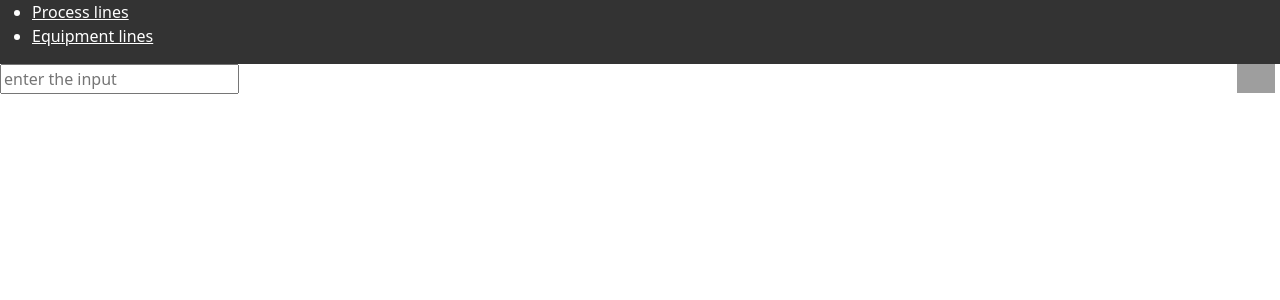
Repository: sreech465/evin3
Page: /pdetails
An editor plug-in stored every save of this project. The page is shown before and after the next save, followed by the edit.
The browser window is 1280 px wide. The pictures show the whole page.
Pictures or frames that could not be fetched are drawn as grey boxes. The page's requests for data from a server got no answer. The project was rebuilt for these pictures with package versions that can differ from the ones it lists, and the page was loaded fresh each time. No one was signed in, and anything a server would have sent is missing. Also part of the build but not shown: src/Login.js, src/Display.js, src/Details.js, src/Equipment.js, src/Learning.js, src/ProcessDetails.js, src/EquipDetails.js.

Above is the page before, as saved 2022-10-29 07:33:43.

### src/index.js
import React from "react";
import ReactDOM from "react-dom/client";
import "./index.css";
import App from "./App";
import reportWebVitals from "./reportWebVitals";
import { Provider } from "react-redux";
import store from "./store";
import "bootstrap/dist/css/bootstrap.min.css";
const root = ReactDOM.createRoot(document.getElementById("root"));
root.render(
  <React.StrictMode>
    <Provider store={store}>
      <App />
    </Provider>
  </React.StrictMode>
);

// If you want to start measuring performance in your app, pass a function
// to log results (for example: reportWebVitals(console.log))
// or send to an analytics endpoint. Learn more: https://bit.ly/CRA-vitals
reportWebVitals();

### src/App.js
import React from "react";
import { Routes, Route } from "react-router-dom";
import { BrowserRouter } from "react-router-dom";
import Login from "./Login";
import Display from "./Display";
import Details from "./Details";
import Process from "./Process";
import Equipment from "./Equipment";
import Learning from "./Learning";
import ProcessDetails from "./ProcessDetails";
import EquipDetails from "./EquipDetails";

const App = () => {
  return (
    <div className="App">
      <BrowserRouter>
        <Routes>
          <Route path="/" element={<Login />} />
          <Route path="/display" element={<Display />} />
          <Route path="/details" element={<Details />} />
          <Route path="/pdetails" element={<Process />} />
          <Route path="/elearning" element={<Learning />} />
          <Route path="/equipment" element={<Equipment />} />
          <Route path="/pdetails/:id" element={<ProcessDetails />} />
          <Route path="/equipment/:id" element={<EquipDetails />} />
        </Routes>
      </BrowserRouter>
    </div>
  );
};

export default App;

### src/store.js
import { applyMiddleware, createStore } from "redux";
import thunk from "redux-thunk";

import { singleReducer } from "./combineReducer";

const store = createStore(singleReducer, applyMiddleware(thunk));

export default store;

### src/Process.js
import React, { useState, useEffect } from "react";
import { useSelector, useDispatch } from "react-redux";
import { getProcesslines } from "./Actions";
import Headertabs from "./Headertabs";
import { Routes, Route } from "react-router-dom";
import { BrowserRouter } from "react-router-dom";
import Equipment from "./Equipment";
import { Link } from "react-router-dom";
import CustomSearchBar from "./CustomSearchBar";

const Process = () => {
  const dispatch = useDispatch();

  const access_token = useSelector(
    (state) => state.LoginReducer.auth.access_token
  );
  console.log(access_token);

  const ProcessData = useSelector((state) => state.ProcessReducer.Data101);
  console.log(ProcessData);

  useEffect(() => {
    dispatch(getProcesslines(access_token));
  }, []);

  const [tab, setTab] = useState("Process Line");
  const tabs = (data) => {
    setTab(data);
  };

  return (
    <>
      <Headertabs />
      {/* <div>
        <Routes>
          <Route path="/equipment" element={<Equipment />} />
        </Routes>
      </div> */}

      <CustomSearchBar data={tab === "Process Line" ? ProcessData : ""} />

      <>
        {ProcessData &&
          ProcessData.data.length > 0 &&
          ProcessData.data.map((element) => {
            return (
              <>
                <div class="card" style={{ display: "flex" }}>
                  <img
                    style={{ width: 70, height: 40 }}
                    class="card-img-top"
                    src={element.primary_product_details.primary_product_image}
                    alt="Card image cap"
                  />
                  <div class="card-body">
                    <h5 class="card-title">{element.name}</h5>
                    <p class="card-text">
                      {element.line_capacity} {element.org_location_name}.
                    </p>
                    <Link to={`/pdetails/${element.id}`}>
                      <button class="btn btn-primary">Details</button>
                    </Link>
                  </div>
                </div>
              </>
            );
          })}
      </>
      {/* ) : ( "loading" ); */}
    </>
  );
};

export default Process;

### src/combineReducer.js
import { combineReducers } from "redux";
import {
  equipmentReducer,
  equipmentReducer1,
  LoginReducer,
  processReducer,
  processReducer1,
  projectReducer,
} from "./Reducer";

export const singleReducer = combineReducers({
  LoginReducer: LoginReducer,
  ProjectReducer: projectReducer,
  ProcessReducer: processReducer,
  ProcessReducer1: processReducer1,
  EquipmentReducer: equipmentReducer,
  EquipmentReducer1: equipmentReducer1,
});

### src/Actions.js
import axios from "axios";

import {
  LOGIN_SUCESS,
  PROCESS_SUCESS,
  PROJECT_SUCESSC,
  EQUIPMENT_SUCESS,
  EQUIPMENT_SUCESSC,
  PROJECT_SUCESS,
} from "./types";

const apiBaseUrl = "http://52.139.224.15:81/account/";
const adminbaseurl = "http://52.139.224.15:81/";
const baseUrl = "http://52.139.224.15:81/account/login/";

export const loginAction = (username, password, navigate) => {
  console.log(username, password, "action");
  return async (dispatch) => {
    const formData = {
      username: username,
      password: password,
    };

    try {
      await axios.post(baseUrl, formData).then((response) => {
        console.log("response from api", response.data);
        if (response.status == 200) {
          dispatch({ type: LOGIN_SUCESS, payload: response.data });
          navigate("/display");
        }
      });
    } catch (err) {
      console.log(err);
    }
  };
};

export const getProjectDetails = (access_token) => {
  console.log(access_token);
  return async (dispatch) => {
    let config = {
      headers: { Authorization: `Bearer ${access_token}` },
    };

    try {
      await axios
        .get(
          "http://52.139.224.15:81/my_project_list/?search=&page=1&ordering=-id&project_status=&solution_org=",
          config
        )
        .then((response) => {
          console.log("response from api", response);
          if (response.status == 200) {
            dispatch({ type: PROCESS_SUCESS, payload: response });
          }
        });
    } catch (err) {
      console.log(err);
    }
  };
};

export const getProcesslines = (access_token) => {
  console.log(access_token);
  return async (dispatch) => {
    let config = {
      headers: { Authorization: `Bearer ${access_token}` },
    };

    try {
      await axios
        .get(
          "http://52.139.224.15:81/end_user/process_line/?primary_product=all&org_location=&query=&page=1&sort_by=-id&installed_by=",
          config
        )
        .then((response) => {
          console.log("response from api", response);
          if (response.status == 200) {
            dispatch({ type: PROJECT_SUCESS, payload: response });
          }
        });
    } catch (err) {
      console.log(err);
    }
  };
};

export const getProcesslines1 = (access_token, id) => {
  console.log(access_token);
  console.log(id);

  return async (dispatch) => {
    let config = {
      headers: { Authorization: `Bearer ${access_token}` },
    };

    try {
      await axios
        .get(
          `http://52.139.224.15:81/end_user/process_line/?line_id=${id}`,
          config
        )
        .then((response) => {
          console.log("response from api", response);
          if (response.status == 200) {
            dispatch({ type: PROJECT_SUCESSC, payload: response });
          }
        });
    } catch (err) {
      console.log(err);
    }
  };
};

export const getEquipmentDetails = (access_token) => {
  console.log(access_token);
  return async (dispatch) => {
    let config = {
      headers: { Authorization: `Bearer ${access_token}` },
    };

    try {
      await axios
        .get(
          "http://52.139.224.15:81/tagged_equipment_list/?search=&page=1&ordering=-status&process_line__org_location__name=&process_line__name=&system=&oem_org_id=&process_line__primary_product_ref__name=&equipment_select=&process_line__installed_by=",
          config
        )
        .then((response) => {
          console.log("response from api", response);
          if (response.status == 200) {
            dispatch({ type: EQUIPMENT_SUCESS, payload: response });
          }
        });
    } catch (err) {
      console.log(err);
    }
  };
};

export const getEquipmentDetails1 = (access_token, id) => {
  console.log(access_token);
  console.log(id);
  return async (dispatch) => {
    let config = {
      headers: { Authorization: `Bearer ${access_token}` },
    };

    try {
      await axios
        .get(
          `http://52.139.224.15:81/tagged_equipment_list/?installed_equipment_id=${id}`,
          config
        )
        .then((response) => {
          console.log("response from api", response);
          if (response.status == 200) {
            dispatch({ type: EQUIPMENT_SUCESSC, payload: response });
          }
        });
    } catch (err) {
      console.log(err);
    }
  };
};

### src/Headertabs.js
import React from "react";
import "./styles.css";
import { Link } from "react-router-dom";

const Headertabs = () => {
  return (
    <nav className="nav">
      <ul>
        <li>
          <Link to="/pdetails">Process lines</Link>
        </li>
        <li>
          <Link to="/equipment">Equipment lines</Link>
        </li>
      </ul>
    </nav>
  );
};

export default Headertabs;

### src/CustomSearchBar.js
import React, { useEffect, useState } from "react";

const CustomSearchBar = (props) => {
  const [array, setArray] = useState([]);
  const [input, setInput] = useState("");
  const [suggestions, setSuggestions] = useState([]);
  useEffect(() => {
    setArray(props.data);
  }, [props.data]);
  const handleSearch = (name) => {
    // console.log(props.tab)
    setInput(name);
  };

  return (
    <>
      <div style={{ display: "flex" }}>
        <input
          type="text"
          onChange={(name) => {
            handleSearch(name);
          }}
          placeholder="enter the input"
          color="black"
        />

        <div>
          <img
            src="http://52.139.224.15:9090/assets/svg-icon/ic_filter.svg"
            style={{ width: "3%", position: "absolute", right: 5 }}
          />
        </div>
      </div>
    </>
  );
};

export default CustomSearchBar;

### src/Reducer.js
import {
  EQUIPMENT_SUCESS,
  EQUIPMENT_SUCESSC,
  LOGIN_SUCESS,
  PROCESS_SUCESS,
  PROJECT_SUCESS,
  PROJECT_SUCESSC,
} from "./types";
const initialState = {
  auth: {
    access_token: "",
    username: "",
    role_permissions: [],
  },
  Data100: "",
};

export const LoginReducer = (state = initialState, action) => {
  // console.log(action);

  switch (action.type) {
    case LOGIN_SUCESS:
      return {
        ...state,

        auth: action.payload,
      };

    default:
      return state;
  }
};

export const projectReducer = (state = initialState, action) => {
  // console.log(action);

  switch (action.type) {
    case PROCESS_SUCESS:
      return {
        ...state,

        Data100: action.payload,
      };

    default:
      return state;
  }
};

export const processReducer = (state = initialState, action) => {
  // console.log(action);

  switch (action.type) {
    case PROJECT_SUCESS:
      return {
        ...state,

        Data101: action.payload,
      };

    default:
      return state;
  }
};

export const processReducer1 = (state = initialState, action) => {
  // console.log(action);

  switch (action.type) {
    case PROJECT_SUCESSC:
      return {
        ...state,

        TOM: action.payload,
      };

    default:
      return state;
  }
};

export const equipmentReducer = (state = initialState, action) => {
  // console.log(action);

  switch (action.type) {
    case EQUIPMENT_SUCESS:
      return {
        ...state,

        Data102: action.payload,
      };

    default:
      return state;
  }
};

export const equipmentReducer1 = (state = initialState, action) => {
  // console.log(action);

  switch (action.type) {
    case EQUIPMENT_SUCESSC:
      return {
        ...state,

        JERRY: action.payload,
      };

    default:
      return state;
  }
};

### src/types.js
export const LOGIN_SUCESS = "LOGIN_SUCESS";
export const PROCESS_SUCESS = "PROCESS_SUCESS";
export const PROJECT_SUCESS = "PROJECT_SUCESS";
export const EQUIPMENT_SUCESS = "EQUIPMENT_SUCESS";
export const EQUIPMENT_SUCESSC = "EQUIPMENT_SUCESSC";
export const PROJECT_SUCESSC = "PROJECT_SUCESSC";

### src/styles.css
* {
    box-sizing: border-box;
}

body {
    margin:0;

}

.nav {
    background-color: #333;
    color:white;
    display: flex;
    justify-content: space-between;
    align-items: center;
    gap: 2rem;
    padding: 0 1rem;
}

.nav a {
    color:inherit
}

Loaded but not shown: public/index.html (common file); src/index.css (common file); src/reportWebVitals.js (common file)

After the next save:
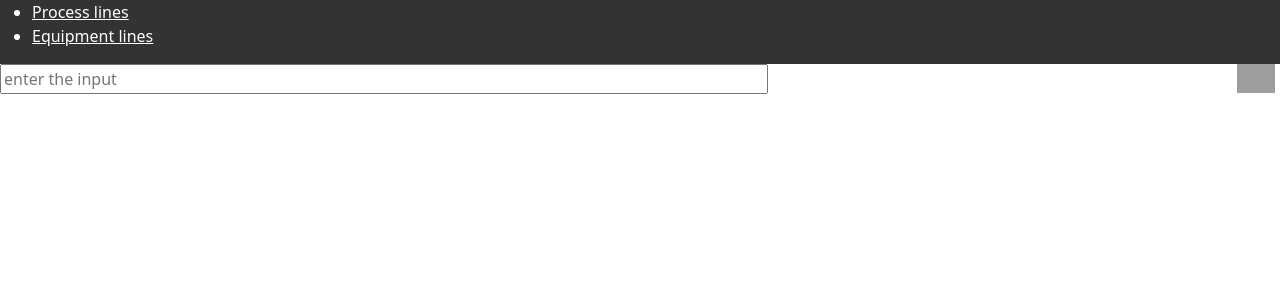
Saved 47 s later.
--- a/src/CustomSearchBar.js
+++ b/src/CustomSearchBar.js
@@ -16,6 +16,7 @@ const CustomSearchBar = (props) => {
     <>
       <div style={{ display: "flex" }}>
         <input
+          style={{ width: "60%" }}
           type="text"
           onChange={(name) => {
             handleSearch(name);
